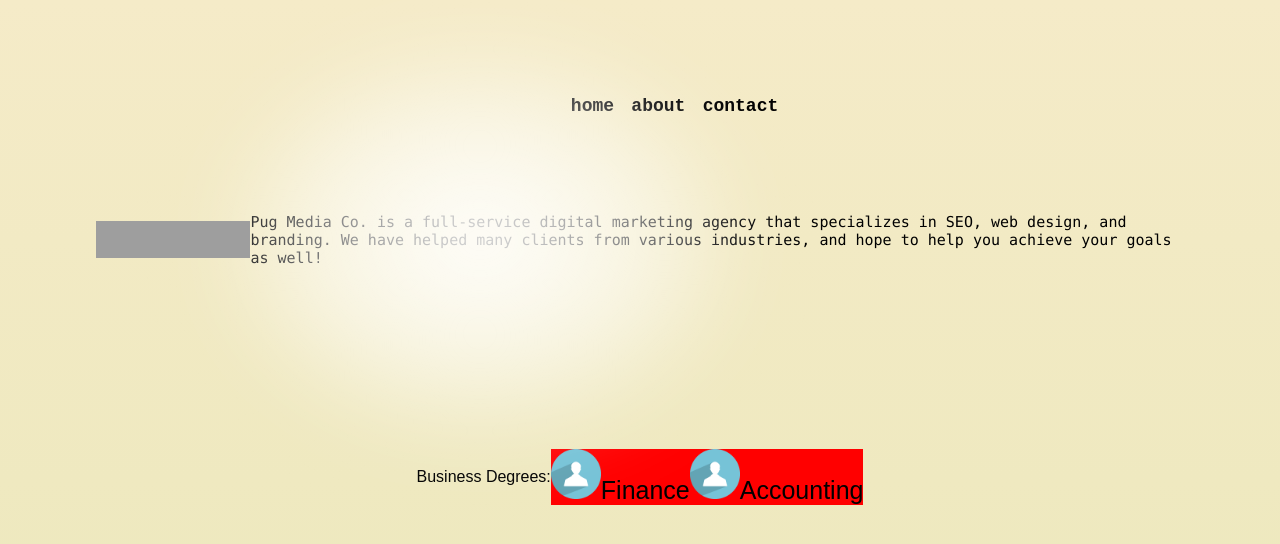
Repository: cheungglenda/MDIA2109-Week3
Page: /
An editor plug-in stored every save of this project. The page is shown before and after the next save, followed by the edit.
The browser window is 1280 px wide. The pictures show the whole page.
Pictures or frames that could not be fetched are drawn as grey boxes. The project was rebuilt for these pictures with package versions that can differ from the ones it lists, and the page was loaded fresh each time. The framework's server and built-in components were replaced by stand-ins that run in the browser. Also part of the build but not shown: next.config.js.

Above is the page before, as saved 2023-01-20 18:35:42.

### pages/index.js
import Head from 'next/head'
import Image from 'next/image'
import { Inter } from '@next/font/google'
import styles from '@/styles/Home.module.css'
import data from '../data/education.json'
import { useState } from 'react'
import Card from '../components/Card'
import Link from 'next/link'

const inter = Inter({ subsets: ['latin'] })

export default function Home() {

  /** ([...data]) enters the data in the useState and is calling that info. the useState has all the data from the education.json file */
  const [information, setInformation] = useState([...data])
  console.log(data);

  return (
    <>
      <Head>
        <title>Pug Media Co.</title>
        <meta name="description" content="Full-service digital marketing agency" />
        <meta name="viewport" content="width=device-width, initial-scale=1" />
        <link rel="icon" href="/favicon.ico" />
      </Head>
      <main className={styles.main}>
        <div className={styles.buttons}>
      <Link href="/" className={styles.links}>Home</Link>
      <Link href="../about" className={styles.links}>About</Link>
      <Link href="/" className={styles.links}>Contact</Link>
        </div>

        <div className={styles.center}>
          <Image
            className={styles.logo}
            src="/next.svg"
            alt="Next.js Logo"
            width={180}
            height={37}
            priority
          />
          <div className={styles.description}>
            Pug Media Co. is a full-service digital marketing agency that specializes in SEO, web design, and branding. We have helped many clients from various industries, and hope to help you achieve your goals as well!
          </div>
        </div>


        <div className={styles.grid}>
          <div>Business Degrees:</div>
          {information && information.map((info, index) => {
            if(info.department.toLowerCase() === "business") {
            return (
              <Card key={index} degree={info.degree} color="red" font="25px"/>
            )
          }
          })}

        </div>
      </main>
    </>
  )
}

/** .toLowerCase() is input when you don't want to worry about case sensitivity */

### styles/Home.module.css
.main {
  display: flex;
  flex-direction: column;
  justify-content: space-between;
  align-items: center;
  padding: 6rem;
  font-family:arial;
  min-height: 100vh;
  background-image: linear-gradient(rgb(245, 235, 200), rgb(236, 232, 188));

}

.buttons {
  display: flex;
  flex-direction:row;
  justify-content: space-evenly;
  margin-bottom:3%;
}

.links:hover {
  text-decoration:underline;
}

.links {
  font-size: 18px;
  max-width: var(--max-width);
  width: 100%;
  font-weight:900;
  font-family: 'Courier New', Courier, monospace;
  text-transform:lowercase;
  padding-left:10%;
}

.description {
  display: inherit;
  justify-content: inherit;
  align-items: inherit;
  font-size: 15px;
  max-width: var(--max-width);
  width: 100%;
  font-family: var(--font-mono);
}

.description a {
  display: flex;
  justify-content: center;
  align-items: center;
  gap: 0.5rem;
}

.description p {
  position: relative;
  margin: 0;
  padding: 1rem;
  background-color: rgba(var(--callout-rgb), 0.5);
  border: 1px solid rgba(var(--callout-border-rgb), 0.3);
  border-radius: var(--border-radius);
}

.code {
  font-weight: 700;
  font-family: var(--font-mono);
}

.meetTitle {
  font-size: 50px;
  font-weight:700;
  text-transform:lowercase;
  font-family:'Courier New', Courier, monospace;
  text-align:center;
}

.grid {
  display: flex;
  justify-content:center;
  width: var(--max-width);
  max-width: 100%;
  align-items:center;
  flex: 1;
}

.card {
  padding: 1rem 1.2rem;
  border-radius: var(--border-radius);
  background: rgba(var(--card-rgb), 0);
  border: 1px solid rgba(var(--card-border-rgb), 0);
  transition: background 200ms, border 200ms;
}

.card span {
  display: inline-block;
  transition: transform 200ms;
}

.info {
  font-family:Arial, Helvetica, sans-serif;
}

.card h2 {
  font-weight: 600;
  margin-bottom: 0.7rem;
}

.card p {
  margin: 0;
  opacity: 0.6;
  font-size: 0.9rem;
  line-height: 1.5;
  max-width: 30ch;
}


.employees {
  display:flex;
  gap:20px;
  width: 80%;
  text-align:center;
  font-family:'Courier New', Courier, monospace;
}

.titleDesc {
  font-size:16px;
  margin-bottom:3%;
}

.center {
  display: flex;
  justify-content: center;
  align-items: center;
  position: relative;
  padding: 4rem 0;
}

.center::before {
  background: var(--secondary-glow);
  border-radius: 50%;
  width: 480px;
  height: 360px;
  margin-left: -400px;
}

.center::after {
  background: var(--primary-glow);
  width: 240px;
  height: 180px;
  z-index: -1;
}

.center::before,
.center::after {
  content: '';
  left: 50%;
  position: absolute;
  filter: blur(45px);
  transform: translateZ(0);
}

.logo,
.thirteen {
  position: relative;
}

.thirteen {
  display: flex;
  justify-content: center;
  align-items: center;
  width: 75px;
  height: 75px;
  padding: 25px 10px;
  margin-left: 16px;
  transform: translateZ(0);
  border-radius: var(--border-radius);
  overflow: hidden;
  box-shadow: 0px 2px 8px -1px #0000001a;
}

.thirteen::before,
.thirteen::after {
  content: '';
  position: absolute;
  z-index: -1;
}

/* Conic Gradient Animation */
.thirteen::before {
  animation: 6s rotate linear infinite;
  width: 200%;
  height: 200%;
  background: var(--tile-border);
}

/* Inner Square */
.thirteen::after {
  inset: 0;
  padding: 1px;
  border-radius: var(--border-radius);
  background: linear-gradient(
    to bottom right,
    rgba(var(--tile-start-rgb), 1),
    rgba(var(--tile-end-rgb), 1)
  );
  background-clip: content-box;
}

/* Enable hover only on non-touch devices */
@media (hover: hover) and (pointer: fine) {
  .card:hover {
    background: rgba(var(--card-rgb), 0.1);
    border: 1px solid rgba(var(--card-border-rgb), 0.15);
  }

  .card:hover span {
    transform: translateX(4px);
  }
}

@media (prefers-reduced-motion) {
  .thirteen::before {
    animation: none;
  }

  .card:hover span {
    transform: none;
  }
}

/* Mobile */
@media (max-width: 700px) {
  .content {
    padding: 4rem;
  }

  .grid {
    grid-template-columns: 1fr;
    margin-bottom: 120px;
    max-width: 320px;
    text-align: center;
  }

  .card {
    padding: 1rem 2.5rem;
  }

  .card h2 {
    margin-bottom: 0.5rem;
  }

  .center {
    padding: 8rem 0 6rem;
  }

  .center::before {
    transform: none;
    height: 300px;
  }

  .description {
    font-size: 0.8rem;
  }

  .description a {
    padding: 1rem;
  }

  .description p,
  .description div {
    display: flex;
    justify-content: center;
    position: fixed;
    width: 100%;
  }

  .description p {
    align-items: center;
    inset: 0 0 auto;
    padding: 2rem 1rem 1.4rem;
    border-radius: 0;
    border: none;
    border-bottom: 1px solid rgba(var(--callout-border-rgb), 0.25);
    background: linear-gradient(
      to bottom,
      rgba(var(--background-start-rgb), 1),
      rgba(var(--callout-rgb), 0.5)
    );
    background-clip: padding-box;
    backdrop-filter: blur(24px);
  }

  .description div {
    align-items: flex-end;
    pointer-events: none;
    inset: auto 0 0;
    padding: 2rem;
    height: 200px;
    background: linear-gradient(
      to bottom,
      transparent 0%,
      rgb(var(--background-end-rgb)) 40%
    );
    z-index: 1;
  }
}

/* Tablet and Smaller Desktop */
@media (min-width: 701px) and (max-width: 1120px) {
  .grid {
    grid-template-columns: repeat(2, 50%);
  }
}

@media (prefers-color-scheme: dark) {

  .main {
    background-image: linear-gradient(rgb(51, 65, 14), rgb(169, 169, 110));
  }

  .vercelLogo {
    filter: invert(1);
  }

  .logo,
  .thirteen img {
    filter: invert(1) drop-shadow(0 0 0.3rem #ffffff70);
  }


  .meetTitle {
    color:white;
  }

  .titleDesc {
    color:white;
  }

  .links {
    color: white;
  }

  .employees {
    color: black;
  }
}

@keyframes rotate {
  from {
    transform: rotate(360deg);
  }
  to {
    transform: rotate(0deg);
  }
}

### data/education.json
[
        {
            "studentNumber": "A0004567",
            "firstName": "Person 1",
            "gpa": 3.8,
            "department": "Business",
            "degree": "Finance",
            "graduted": 2014
        },
        {
            "studentNumber": "A0001234",
            "firstName": "Person 2",
            "gpa": 3.5,
            "department": "Business",
            "degree": "Accounting",
            "graduted": 2010
        },
        {
            "studentNumber": "A0007890",
            "firstName": "Person 3",
            "gpa": 3.2,
            "department": "Computing",
            "degree": "Applied Software Development Certificate",
            "graduted": 2018
        },
        {
            "studentNumber": "A0007828",
            "firstName": "Person 4",
            "gpa": 3.9,
            "department": "Computing",
            "degree": "Computer Systems Diploma",
            "graduted": 2021
        },
        {
            "studentNumber": "A0003425",
            "firstName": "Person 5",
            "gpa": 3.2,
            "department": "Computing",
            "degree": "Applied Computer Information Systems Certificate",
            "graduted": 2021
        }
]

### components/Card/index.js
export default function EmployeeCard({
    degree = "none",
    color = "purple",
    font = "O",
    image = "icon/personTwo.png"
}) {
    return (
        <div style={{backgroundColor: color, fontSize: font}}>
            {
                color === "red" ? <img src={'icon/person.png'} width="50"/> :
                color === "blue" ? <img src={'icon/personThree.png'} width="50"/> :
                <img src={image} width="50"/>
            }
            {degree}
        </div>
    )
}

Loaded but not shown: pages/_app.js (common file); pages/_document.js (common file); styles/globals.css (common file)

After the next save:
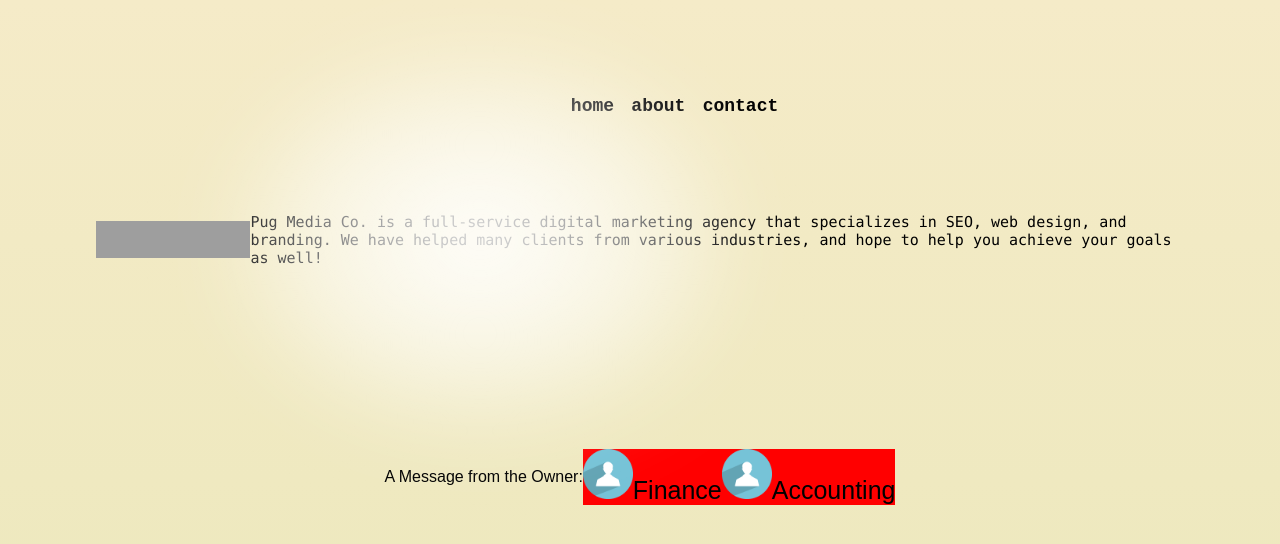
Saved 2 min 29 s later.
--- a/pages/index.js
+++ b/pages/index.js
@@ -46,7 +46,7 @@ export default function Home() {
 
 
         <div className={styles.grid}>
-          <div>Business Degrees:</div>
+          <div>A Message from the Owner:</div>
           {information && information.map((info, index) => {
             if(info.department.toLowerCase() === "business") {
             return (
